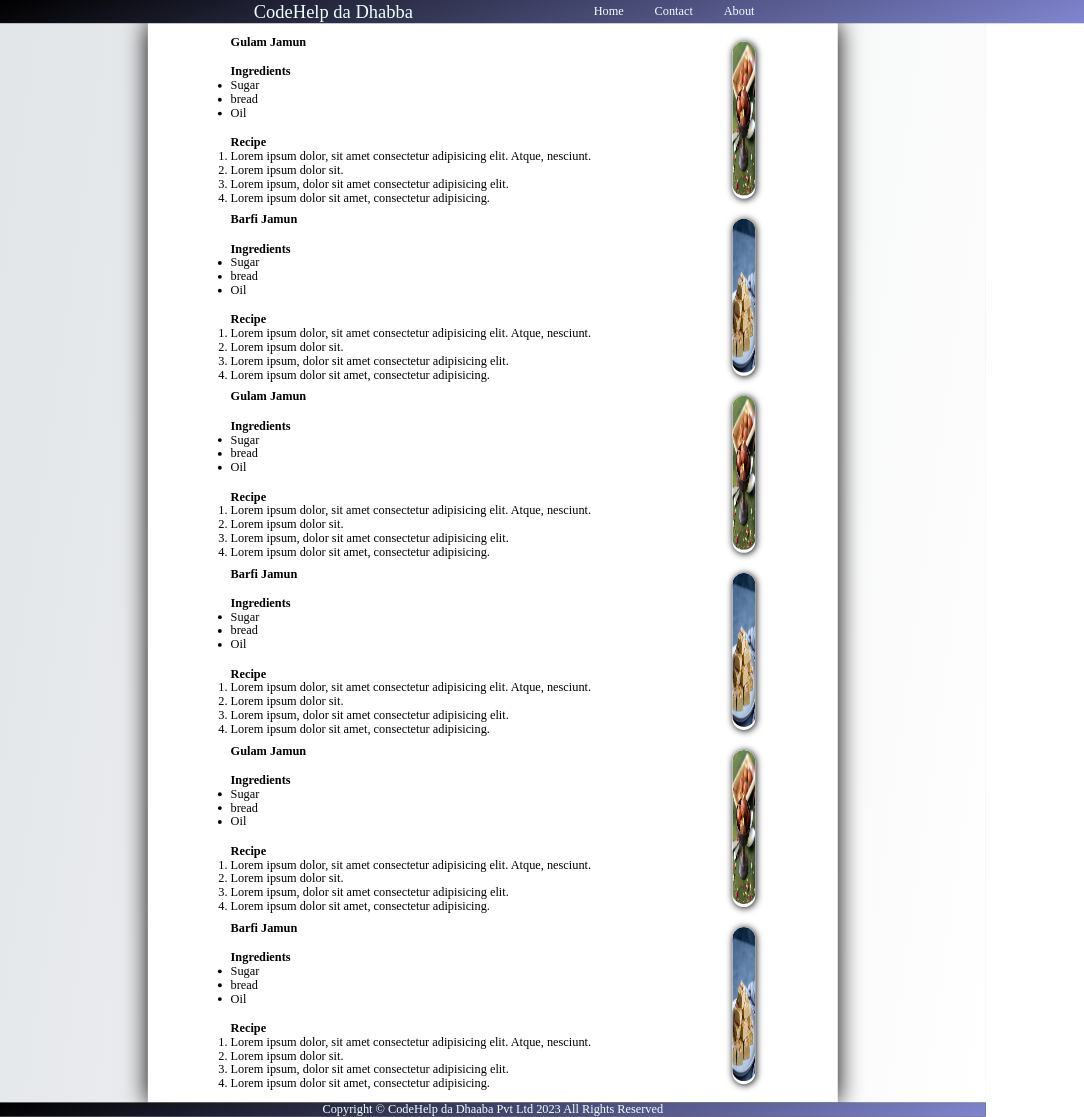
Repository: ssaddamhuss100/Recipe_Html_css
Page: index.html
An editor plug-in stored every save of this project. The page is shown before and after the next save, followed by the edit.
The browser window is 1280 px wide. The page is 1408 px wide, so the pictures cover 1408 px, including what lies to the right of the window. The pictures show the whole page, at 77% of full size.

Above is the page before, as saved 2024-12-12 11:00:13.

After the next save:
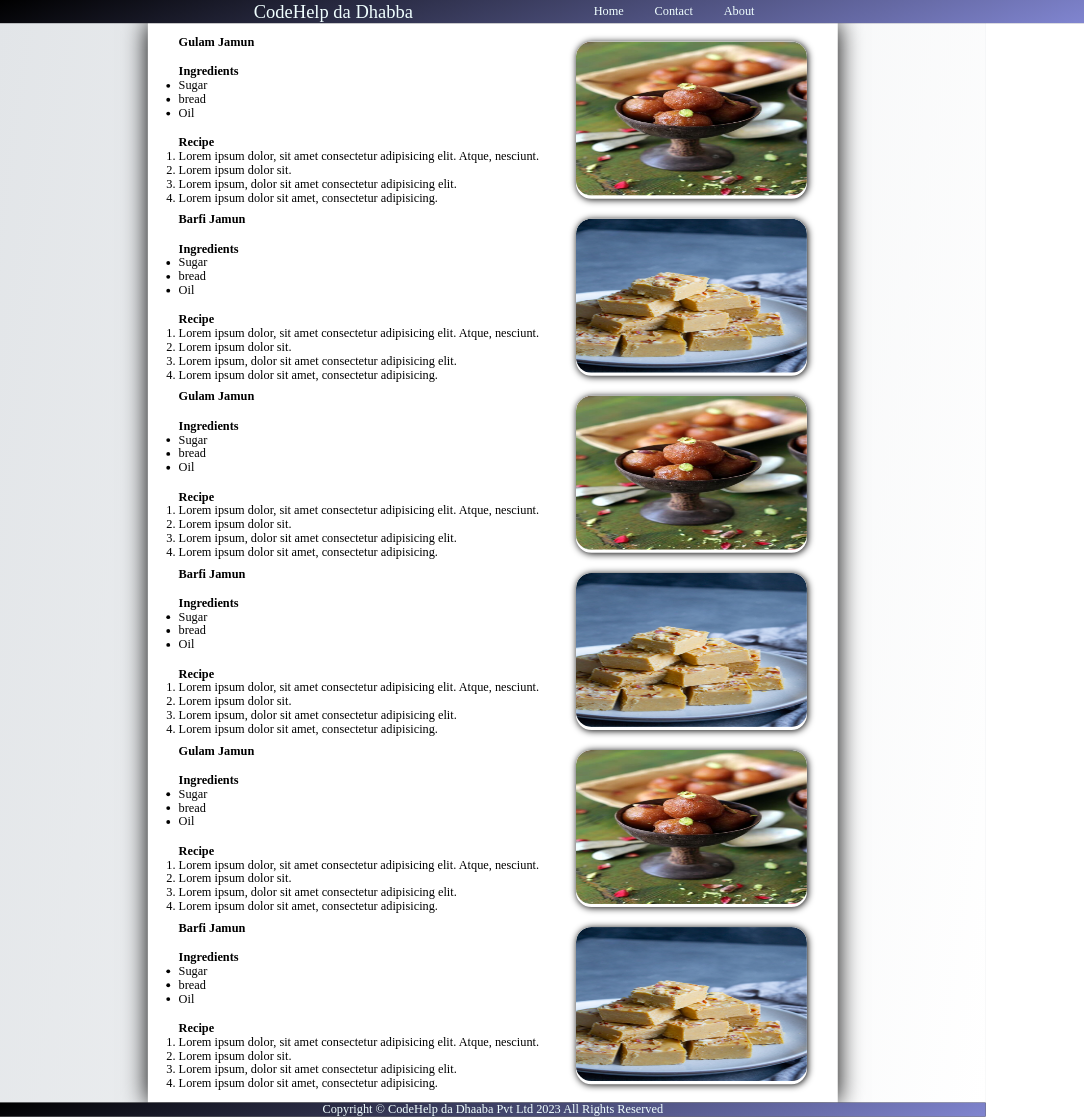
Saved 4 s later.
--- a/style.css
+++ b/style.css
@@ -98,7 +98,7 @@ footer{
 
 .rightBox img{
     height: 200px;
-    width: 30px;
+    width: 300px;
     border-radius: 20px;
     transition: all 0.6s linear 0s;
 }
